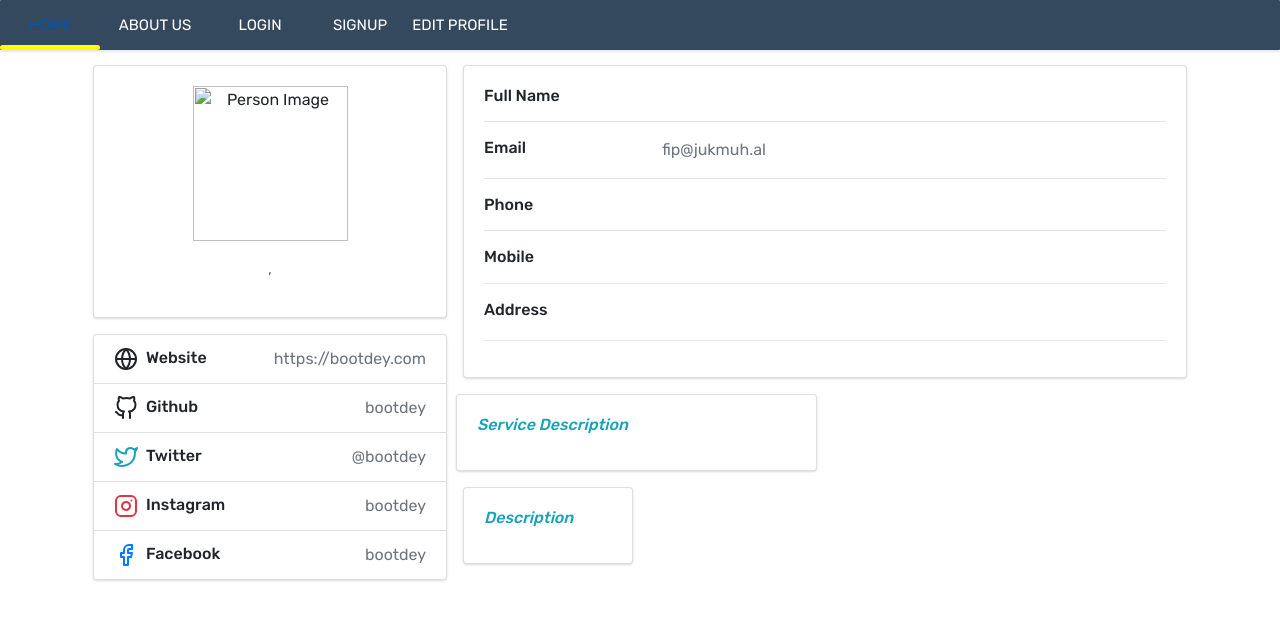
Repository: Chitti-g-k/Paw-Takers
Page: templates/profilepage.html
These files come from the project's save history. The page is drawn as it stood at one moment and after the next save; the edit follows.
The browser window is 1280 px wide. The pictures show the whole page.
The template is drawn by Django 4.2. The application's start-up code is not run. The template is opened directly, without the code that normally fills it, so the values that code supplies are empty.

Above is the page before, as saved 2023-07-16 08:52:04.

After the next save:
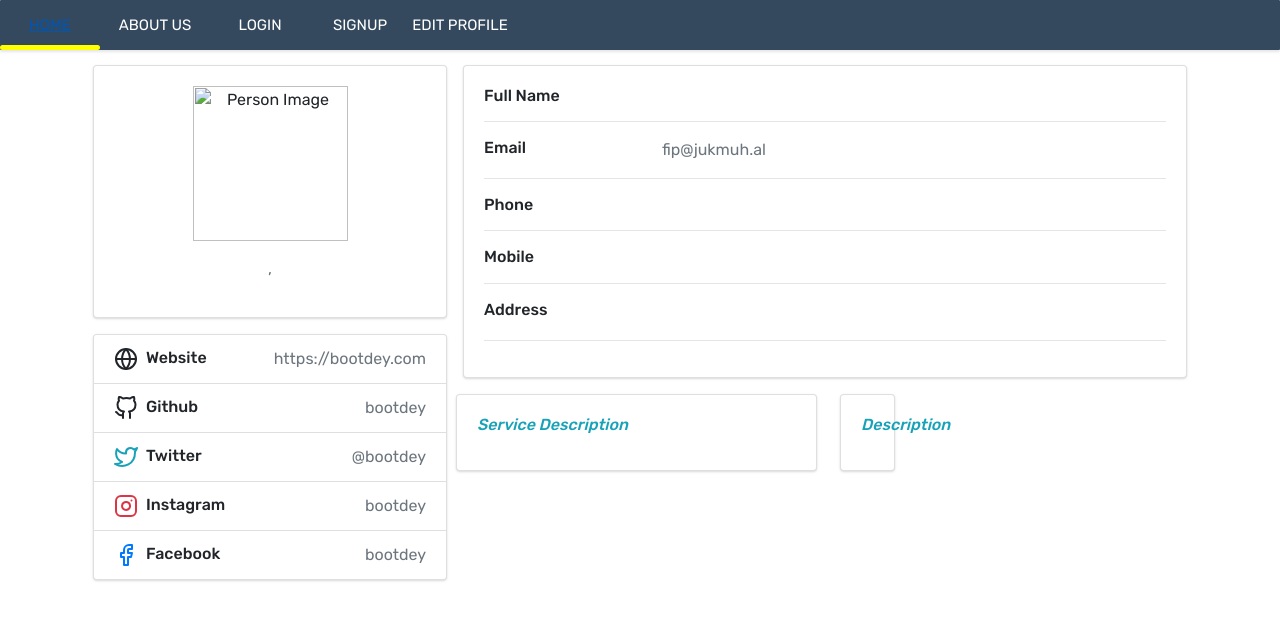
Saved 6 s later.
--- a/templates/profilepage.html
+++ b/templates/profilepage.html
@@ -318,7 +318,7 @@
                           </div>
                         </div>
 
-                        <div class="col-sm-6 mb-3" style="width: 400px;">
+                        <div class="col-sm-6 mb-3" >
                             <div class="card h-200">
                               <div class="card-body" >
                                 <h6 class="d-flex align-items-center mb-3"><i class="material-icons text-info mr-2">Description</i></h6>
